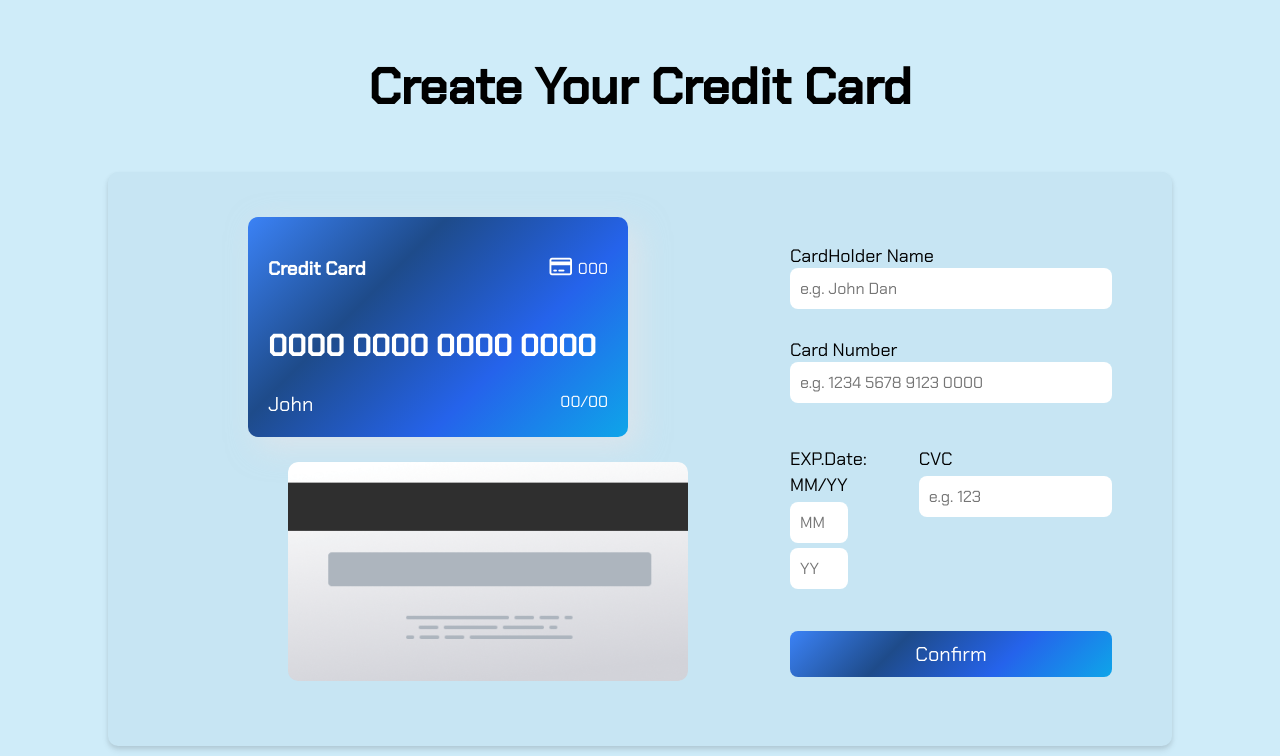
Repository: moehaymanmyint/Interactive-Card-Details-Form
Page: index.html
The author's editor kept a copy of each file at every save. The page is drawn from the files as they stood at one save, then again after the next save.
The browser window is 1280 px wide. The pictures show the whole page.
Some web libraries are served in a nearby version.

Above is the page before, as saved 2024-10-18 22:50:09.

After the next save:
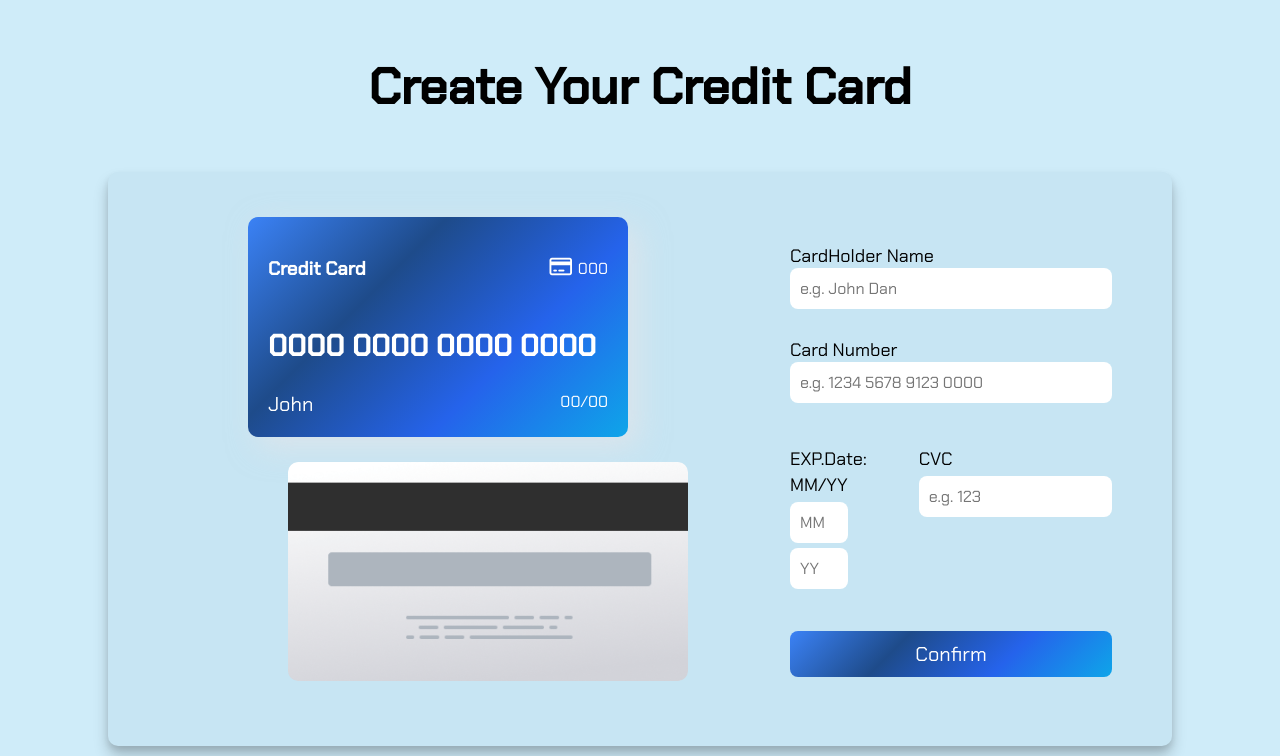
Saved 45 s later.
--- a/style.css
+++ b/style.css
@@ -13,7 +13,7 @@ body{
     padding: 20px 10px;
     border-radius: 10px;
     background: #c7e5f3;
-    box-shadow: 0 4px 6px rgba(0, 0, 0, 0.1), 0 2px 4px rgba(0, 0, 0, 0.06);
+    box-shadow: 0 10px 15px rgba(0, 0, 0, 0.2), 0 4px 6px rgba(0, 0, 0, 0.1);
 }
 
 .left-container,
